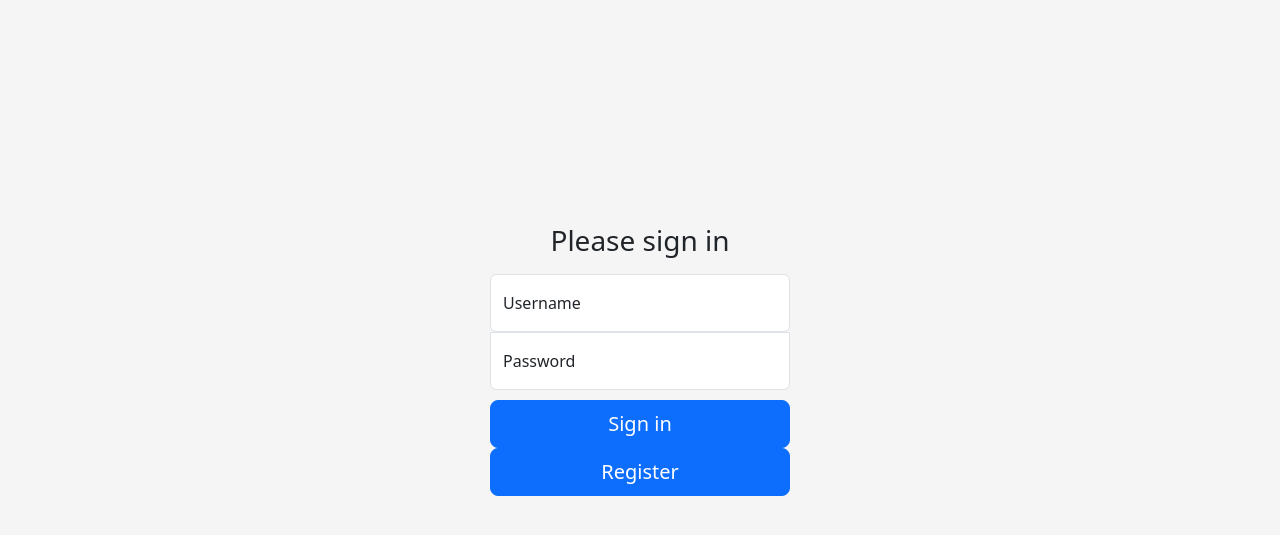
Repository: bjorgkav/payretolive
Page: http://localhost/
These files come from the project's save history. The page is drawn as it stood at one moment and after the next save; the edit follows.
The browser window is 1280 px wide. The pictures show the whole page.
The page is served by the project's application, run on Django 4.2 (manage.py). Other server files are loaded and not shown.

Above is the page before, as saved 2023-03-03 17:28:22.

### login/templates/index.html
{% load static %}
<!doctype html>
<html lang="en">
  <head>
    <meta charset="utf-8">
    <meta name="viewport" content="width=device-width, initial-scale=1">
    <title>Sign In</title>

    <link href="https://cdn.jsdelivr.net/npm/bootstrap@5.3.0-alpha1/dist/css/bootstrap.min.css" rel="stylesheet" integrity="sha384-GLhlTQ8iRABdZLl6O3oVMWSktQOp6b7In1Zl3/Jr59b6EGGoI1aFkw7cmDA6j6gD" crossorigin="anonymous">

    <style>
      .bd-placeholder-img {
        font-size: 1.125rem;
        text-anchor: middle;
        -webkit-user-select: none;
        -moz-user-select: none;
        user-select: none;
      }

      @media (min-width: 768px) {
        .bd-placeholder-img-lg {
          font-size: 3.5rem;
        }
      }

      .b-example-divider {
        height: 3rem;
        background-color: rgba(0, 0, 0, .1);
        border: solid rgba(0, 0, 0, .15);
        border-width: 1px 0;
        box-shadow: inset 0 .5em 1.5em rgba(0, 0, 0, .1), inset 0 .125em .5em rgba(0, 0, 0, .15);
      }

      .b-example-vr {
        flex-shrink: 0;
        width: 1.5rem;
        height: 100vh;
      }

      .bi {
        vertical-align: -.125em;
        fill: currentColor;
      }

      .nav-scroller {
        position: relative;
        z-index: 2;
        height: 2.75rem;
        overflow-y: hidden;
      }

      .nav-scroller .nav {
        display: flex;
        flex-wrap: nowrap;
        padding-bottom: 1rem;
        margin-top: -1px;
        overflow-x: auto;
        text-align: center;
        white-space: nowrap;
        -webkit-overflow-scrolling: touch;
      }
    </style>


    <!-- Custom styles for this template -->
    <link href="{% static 'sign-in.css'%}" rel="stylesheet">
  </head>
  <body class="text-center">

<main class="form-signin w-100 m-auto">
  <form action="#" method="post">
    {% csrf_token %}
    <h1 class="h3 mb-3 fw-normal">Please sign in</h1>

    <div class="form-floating">
      <input type="text" class="form-control" id="floatingInput" placeholder="John Doe" name="username">
      <label for="floatingInput">Username</label>
    </div>
    <div class="form-floating">
      <input type="password" class="form-control" id="floatingPassword" placeholder="Password" name="password">
      <label for="floatingPassword">Password</label>
    </div>
    <button class="w-100 btn btn-lg btn-primary" type="submit">Sign in</button>
    <a href="/register"><button class="w-100 btn btn-lg btn-primary" type="button">Register</button></a>
  </form>
</main>



  </body>
</html>

### login/views.py
from django.shortcuts import render
from django.http import HttpResponse
from django.contrib.auth import login, logout, authenticate
from django.contrib.auth.models import User

def index(request):
    if request.method == "POST":
        #authenticate the user
        #if authenticated successfully, send to logged in page
        return render(request, "index.html", context={})

    return render(request, "index.html", context={})

def success(request):
    return render(request, "success.html")

### payretolive/urls.py
"""payretolive URL Configuration

The `urlpatterns` list routes URLs to views. For more information please see:
    https://docs.djangoproject.com/en/4.0/topics/http/urls/
Examples:
Function views
    1. Add an import:  from my_app import views
    2. Add a URL to urlpatterns:  path('', views.home, name='home')
Class-based views
    1. Add an import:  from other_app.views import Home
    2. Add a URL to urlpatterns:  path('', Home.as_view(), name='home')
Including another URLconf
    1. Import the include() function: from django.urls import include, path
    2. Add a URL to urlpatterns:  path('blog/', include('blog.urls'))
"""
from django.contrib import admin
from django.urls import include, path

urlpatterns = [
    path('admin/', admin.site.urls),
    path('', include('login.urls'))
]

### login/urls.py
from django.urls import path
from . import views

urlpatterns = [
    path("", views.index, name="index"),
    path("success/", views.success, name="success"),
]

Loaded but not shown: login/static/sign-in.css (common file)

After the next save:
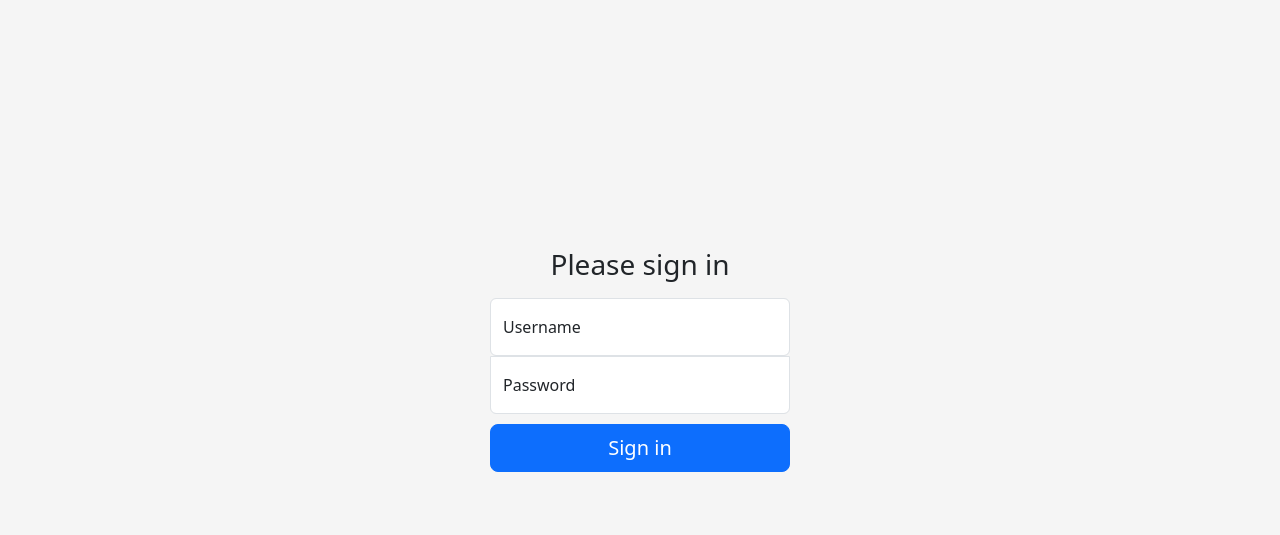
Saved 5 s later.
--- a/login/templates/index.html
+++ b/login/templates/index.html
@@ -81,7 +81,6 @@
       <label for="floatingPassword">Password</label>
     </div>
     <button class="w-100 btn btn-lg btn-primary" type="submit">Sign in</button>
-    <a href="/register"><button class="w-100 btn btn-lg btn-primary" type="button">Register</button></a>
   </form>
 </main>
 
